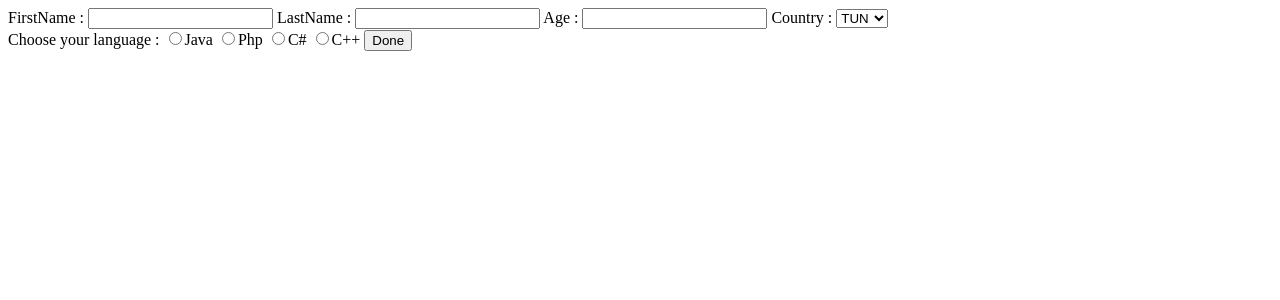
Repository: rahmi45/Spring-MVC
Page: http://localhost/Spring-MVC/studentMvcTags/accountMvcTags
These files come from the project's save history. The page is drawn as it stood at one moment and after a run of saves; the edit follows.
The browser window is 1280 px wide. The pictures show the whole page.
The page is served by Tomcat 9. Other server files are loaded and not shown. The template is opened directly, without the code that normally fills it, so the values that code supplies are empty.

Above is the page before, as saved 2022-01-14 20:14:51.

### Spring-MVC/WebContent/WEB-INF/view/student-front-mvc-tags/studentAccount.jsp
<%@ page language="java" contentType="text/html; charset=ISO-8859-1"
    pageEncoding="ISO-8859-1"%>
	<%@ taglib prefix="f" uri="http://www.springframework.org/tags/form" %>
<!DOCTYPE html>
<html>
<head>
<meta charset="ISO-8859-1">
<title>Student Account</title>
</head>
<body>
	<f:form action="processMvcTags" modelAttribute="student">
		FirstName : <f:input path="firstName"/>
		LastName  : <f:input path="lastName"/>
		Age       : <f:input path="age"/>
		Country   :
		<f:select path="country">
			<f:options items="${student.countryOptions}"/>
<%-- 			<f:option value="Maroc" label="MAR"/> --%>
<%-- 			<f:option value="France" label="FRA"/> --%>
<%-- 			<f:option value="Tunisie" label="TUN"/> --%>
		</f:select>
		<br>
		Choose your language :
		<f:radiobutton path="language" value="Java"/>Java
		<f:radiobutton path="language" value="Php"/>Php
		<f:radiobutton path="language" value="C#"/>C#
		<f:radiobutton path="language" value="C++"/>C++

		<input type="submit" value="Done"/>
	</f:form>
</body>
</html>

After the next 2 saves:
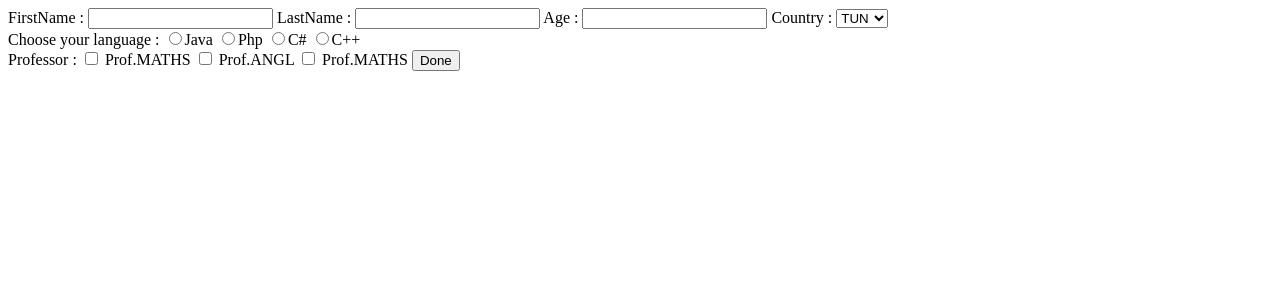
The 2 saves are shown as one change because 1 did not build or start.
The last was saved 11 min 1 s later.
--- a/Spring-MVC/WebContent/WEB-INF/view/student-front-mvc-tags/studentAccount.jsp
+++ b/Spring-MVC/WebContent/WEB-INF/view/student-front-mvc-tags/studentAccount.jsp
@@ -25,6 +25,11 @@
 		<f:radiobutton path="language" value="Php"/>Php
 		<f:radiobutton path="language" value="C#"/>C#
 		<f:radiobutton path="language" value="C++"/>C++
+		<br>
+		Professor :
+		<f:checkbox path="" value="PrfMaths"/> Prof.MATHS
+		<f:checkbox path="" value="PrfAngl"/> Prof.ANGL
+		<f:checkbox path="" value="PrfMaths"/> Prof.MATHS
 
 		<input type="submit" value="Done"/>
 	</f:form>
